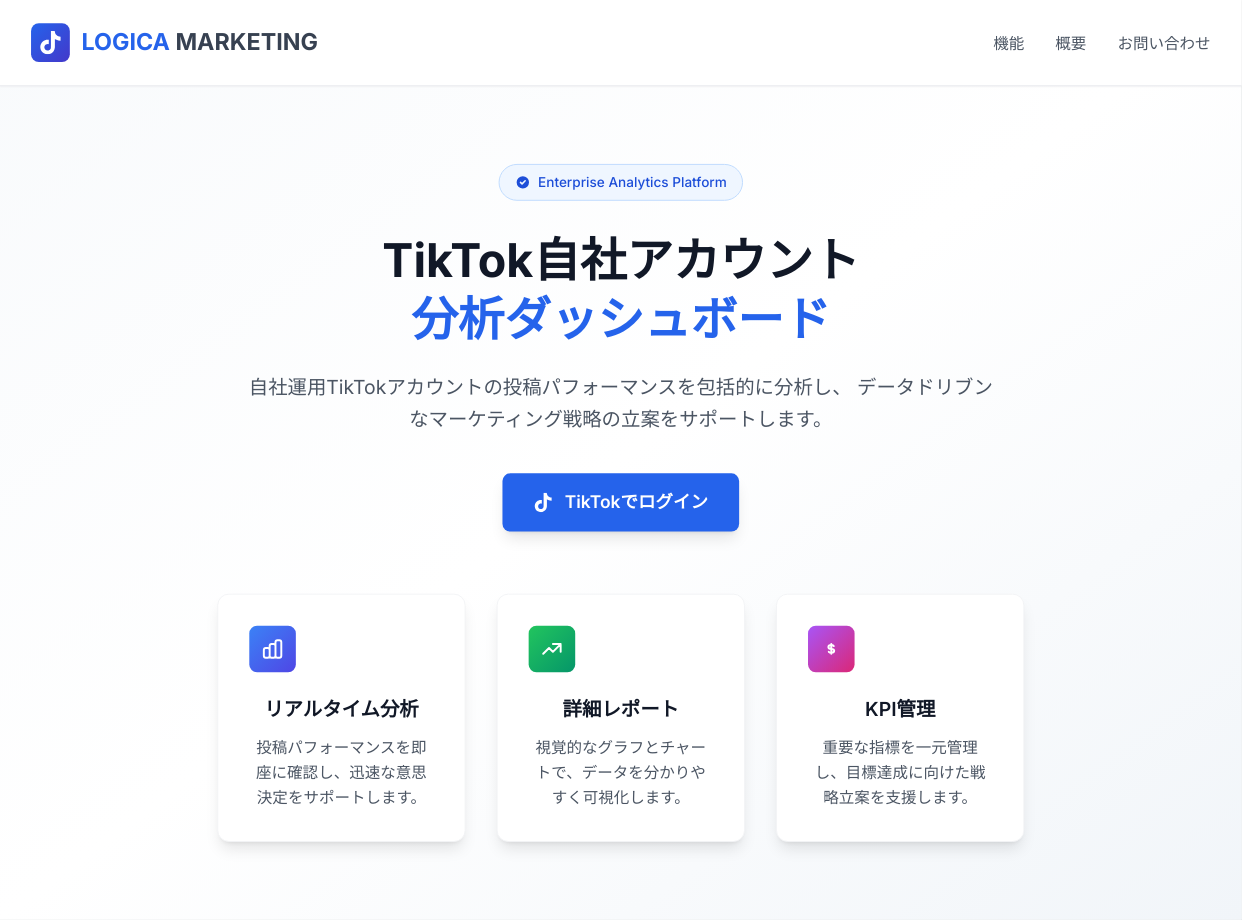
Repository: masayasusuzuki/LogicaMarketingTool
Page: /
An editor plug-in stored every save of this project. The page is shown before and after the next save, followed by the edit.
The browser window is 1280 px wide. The pictures show the whole page, at 97% of full size.
The project was rebuilt for these pictures with package versions that can differ from the ones it lists, and the page was loaded fresh each time. The framework's server and built-in components were replaced by stand-ins that run in the browser. Also part of the build but not shown: next.config.js.

Above is the page before, as saved 2025-08-07 12:40:37.

### src/app/layout.tsx
import type { Metadata } from 'next'
import { Inter } from 'next/font/google'
import './globals.css'

const inter = Inter({ subsets: ['latin'] })

export const metadata: Metadata = {
  title: 'LOGICA MARKETING - TikTok Analytics',
  description: 'TikTok Corporate Account Analytics Dashboard',
}

export default function RootLayout({
  children,
}: {
  children: React.ReactNode
}) {
  return (
    <html lang="en">
      <body className={inter.className}>{children}</body>
    </html>
  )
}

### src/app/page.tsx
'use client'

import Link from 'next/link'

export default function Home() {
  return (
    <div className="min-h-screen bg-gradient-to-br from-slate-50 via-white to-slate-100">
      {/* ヘッダー */}
      <header className="bg-white shadow-sm border-b border-gray-200">
        <div className="max-w-7xl mx-auto px-4 sm:px-6 lg:px-8">
          <div className="flex justify-between items-center py-6">
            <div className="flex items-center">
              <div className="w-10 h-10 bg-gradient-to-br from-blue-600 to-indigo-700 rounded-lg flex items-center justify-center mr-3">
                <svg className="w-6 h-6 text-white" fill="currentColor" viewBox="0 0 24 24">
                  <path d="M12.525.02c1.31-.02 2.61-.01 3.91-.02.08 1.53.63 3.09 1.75 4.17 1.12 1.11 2.7 1.62 4.24 1.79v4.03c-1.44-.05-2.89-.35-4.2-.97-.57-.26-1.1-.59-1.62-.93-.01 2.92.01 5.84-.02 8.75-.08 1.4-.54 2.79-1.35 3.94-1.31 1.92-3.58 3.17-5.91 3.21-1.43.08-2.86-.31-4.08-1.03-2.02-1.19-3.44-3.37-3.65-5.71-.02-.5-.03-1-.01-1.49.18-1.9 1.12-3.72 2.58-4.96 1.66-1.44 3.98-2.13 6.15-1.72.02 1.48-.04 2.96-.04 4.44-.99-.32-2.15-.23-3.02.37-.63.41-1.11 1.04-1.36 1.75-.21.51-.15 1.07-.14 1.61.24 1.64 1.82 3.02 3.5 2.87 1.12-.01 2.19-.66 2.77-1.61.19-.33.4-.67.41-1.06.1-1.79.06-3.57.07-5.36.01-4.03-.01-8.05.02-12.07z"/>
                </svg>
              </div>
              <h1 className="text-2xl font-bold text-gray-900">
                <span className="text-blue-600">LOGICA</span>
                <span className="text-gray-700"> MARKETING</span>
              </h1>
            </div>
            <nav className="hidden md:flex space-x-8">
              <a href="#features" className="text-gray-600 hover:text-gray-900 font-medium">機能</a>
              <a href="#about" className="text-gray-600 hover:text-gray-900 font-medium">概要</a>
              <a href="#contact" className="text-gray-600 hover:text-gray-900 font-medium">お問い合わせ</a>
            </nav>
          </div>
        </div>
      </header>

      {/* メインコンテンツ */}
      <main className="flex items-center justify-center min-h-screen py-20">
        <div className="text-center max-w-4xl mx-auto px-4 sm:px-6 lg:px-8">
          {/* ヒーローセクション */}
          <div className="mb-16">
            <div className="inline-flex items-center px-4 py-2 bg-blue-50 text-blue-700 rounded-full text-sm font-medium mb-8 border border-blue-200">
              <svg className="w-4 h-4 mr-2" fill="currentColor" viewBox="0 0 20 20">
                <path fillRule="evenodd" d="M10 18a8 8 0 100-16 8 8 0 000 16zm3.707-9.293a1 1 0 00-1.414-1.414L9 10.586 7.707 9.293a1 1 0 00-1.414 1.414l2 2a1 1 0 001.414 0l4-4z" clipRule="evenodd"/>
              </svg>
              Enterprise Analytics Platform
            </div>

            <h1 className="text-5xl font-bold text-gray-900 mb-6 leading-tight">
              TikTok自社アカウント
              <br />
              <span className="text-blue-600">分析ダッシュボード</span>
            </h1>

            <p className="text-xl text-gray-600 leading-relaxed mb-10 max-w-3xl mx-auto">
              自社運用TikTokアカウントの投稿パフォーマンスを包括的に分析し、
              データドリブンなマーケティング戦略の立案をサポートします。
            </p>

            <div className="flex justify-center">
              <Link
                href="/dashboard"
                className="inline-flex items-center justify-center px-8 py-4 bg-blue-600 hover:bg-blue-700 text-white font-semibold rounded-lg text-lg transition-colors duration-200 shadow-lg hover:shadow-xl"
              >
                <svg className="w-5 h-5 mr-3" fill="currentColor" viewBox="0 0 24 24">
                  <path d="M12.525.02c1.31-.02 2.61-.01 3.91-.02.08 1.53.63 3.09 1.75 4.17 1.12 1.11 2.7 1.62 4.24 1.79v4.03c-1.44-.05-2.89-.35-4.2-.97-.57-.26-1.1-.59-1.62-.93-.01 2.92.01 5.84-.02 8.75-.08 1.4-.54 2.79-1.35 3.94-1.31 1.92-3.58 3.17-5.91 3.21-1.43.08-2.86-.31-4.08-1.03-2.02-1.19-3.44-3.37-3.65-5.71-.02-.5-.03-1-.01-1.49.18-1.9 1.12-3.72 2.58-4.96 1.66-1.44 3.98-2.13 6.15-1.72.02 1.48-.04 2.96-.04 4.44-.99-.32-2.15-.23-3.02.37-.63.41-1.11 1.04-1.36 1.75-.21.51-.15 1.07-.14 1.61.24 1.64 1.82 3.02 3.5 2.87 1.12-.01 2.19-.66 2.77-1.61.19-.33.4-.67.41-1.06.1-1.79.06-3.57.07-5.36.01-4.03-.01-8.05.02-12.07z"/>
                </svg>
                TikTokでログイン
              </Link>
            </div>
          </div>

          {/* 機能ハイライト */}
          <div id="features" className="grid grid-cols-1 md:grid-cols-3 gap-8">
            <div className="bg-white rounded-xl p-8 shadow-lg border border-gray-100">
              <div className="w-12 h-12 bg-gradient-to-br from-blue-500 to-indigo-600 rounded-lg flex items-center justify-center mb-6">
                <svg className="w-6 h-6 text-white" fill="none" stroke="currentColor" viewBox="0 0 24 24">
                  <path strokeLinecap="round" strokeLinejoin="round" strokeWidth={2} d="M9 19v-6a2 2 0 00-2-2H5a2 2 0 00-2 2v6a2 2 0 002 2h2a2 2 0 002-2zm0 0V9a2 2 0 012-2h2a2 2 0 012 2v10m-6 0a2 2 0 002 2h2a2 2 0 002-2m0 0V5a2 2 0 012-2h2a2 2 0 012 2v14a2 2 0 01-2 2h-2a2 2 0 01-2-2z" />
                </svg>
              </div>
              <h3 className="text-xl font-semibold text-gray-900 mb-3">リアルタイム分析</h3>
              <p className="text-gray-600 leading-relaxed">
                投稿パフォーマンスを即座に確認し、迅速な意思決定をサポートします。
              </p>
            </div>

            <div className="bg-white rounded-xl p-8 shadow-lg border border-gray-100">
              <div className="w-12 h-12 bg-gradient-to-br from-green-500 to-emerald-600 rounded-lg flex items-center justify-center mb-6">
                <svg className="w-6 h-6 text-white" fill="none" stroke="currentColor" viewBox="0 0 24 24">
                  <path strokeLinecap="round" strokeLinejoin="round" strokeWidth={2} d="M13 7h8m0 0v8m0-8l-8 8-4-4-6 6" />
                </svg>
              </div>
              <h3 className="text-xl font-semibold text-gray-900 mb-3">詳細レポート</h3>
              <p className="text-gray-600 leading-relaxed">
                視覚的なグラフとチャートで、データを分かりやすく可視化します。
              </p>
            </div>

            <div className="bg-white rounded-xl p-8 shadow-lg border border-gray-100">
              <div className="w-12 h-12 bg-gradient-to-br from-purple-500 to-pink-600 rounded-lg flex items-center justify-center mb-6">
                <svg className="w-6 h-6 text-white" fill="none" stroke="currentColor" viewBox="0 0 24 24">
                  <path strokeLinecap="round" strokeLinejoin="round" strokeWidth={2} d="M12 8c-1.657 0-3 .895-3 2s1.343 2 3 2 3 .895 3 2-1.343 2-3 2m0-8c1.11 0 2.08.402 2.599 1M12 8V7m0 1v8m0 0v1m0-1c-1.11 0-2.08-.402-2.599-1" />
                </svg>
              </div>
              <h3 className="text-xl font-semibold text-gray-900 mb-3">KPI管理</h3>
              <p className="text-gray-600 leading-relaxed">
                重要な指標を一元管理し、目標達成に向けた戦略立案を支援します。
              </p>
            </div>
          </div>
        </div>
      </main>
    </div>
  )
}

### src/app/globals.css
@tailwind base;
@tailwind components;
@tailwind utilities;

:root {
  --foreground-rgb: 0, 0, 0;
  --background-start-rgb: 214, 219, 220;
  --background-end-rgb: 255, 255, 255;
  --tiktok-pink: #fe2c55;
  --tiktok-black: #121212;
  --tiktok-gray: #8e8e93;
}

@media (prefers-color-scheme: dark) {
  :root {
    --foreground-rgb: 255, 255, 255;
    --background-start-rgb: 0, 0, 0;
    --background-end-rgb: 0, 0, 0;
  }
}

body {
  color: rgb(var(--foreground-rgb));
  background: linear-gradient(
      to bottom,
      transparent,
      rgb(var(--background-end-rgb))
    )
    rgb(var(--background-start-rgb));
}

@layer utilities {
  .text-balance {
    text-wrap: balance;
  }
}

/* カスタムカラーの直接定義 */
.bg-tiktok-pink {
  background-color: var(--tiktok-pink);
}

.text-tiktok-pink {
  color: var(--tiktok-pink);
}

.border-tiktok-pink {
  border-color: var(--tiktok-pink);
}

.bg-tiktok-black {
  background-color: var(--tiktok-black);
}

.text-tiktok-black {
  color: var(--tiktok-black);
}

.bg-tiktok-gray {
  background-color: var(--tiktok-gray);
}

.text-tiktok-gray {
  color: var(--tiktok-gray);
}

/* グラデーション */
.from-tiktok-pink {
  --tw-gradient-from: var(--tiktok-pink);
  --tw-gradient-stops: var(--tw-gradient-from), var(--tw-gradient-to, rgba(254, 44, 85, 0));
}

.to-tiktok-pink {
  --tw-gradient-to: var(--tiktok-pink);
}

/* シャドウ */
.shadow-tiktok-pink\/25 {
  box-shadow: 0 25px 50px -12px rgba(254, 44, 85, 0.25);
}

### tailwind.config.js
/** @type {import('tailwindcss').Config} */
module.exports = {
  content: [
    './src/pages/**/*.{js,ts,jsx,tsx,mdx}',
    './src/components/**/*.{js,ts,jsx,tsx,mdx}',
    './src/app/**/*.{js,ts,jsx,tsx,mdx}',
  ],
  theme: {
    extend: {
      colors: {
        tiktok: {
          pink: '#fe2c55',
          black: '#121212',
          gray: '#8e8e93',
        }
      },
      animation: {
        'pulse': 'pulse 2s cubic-bezier(0.4, 0, 0.6, 1) infinite',
        'bounce': 'bounce 1s infinite',
      },
      backdropBlur: {
        xs: '2px',
      }
    },
  },
  plugins: [],
}

After the next save:
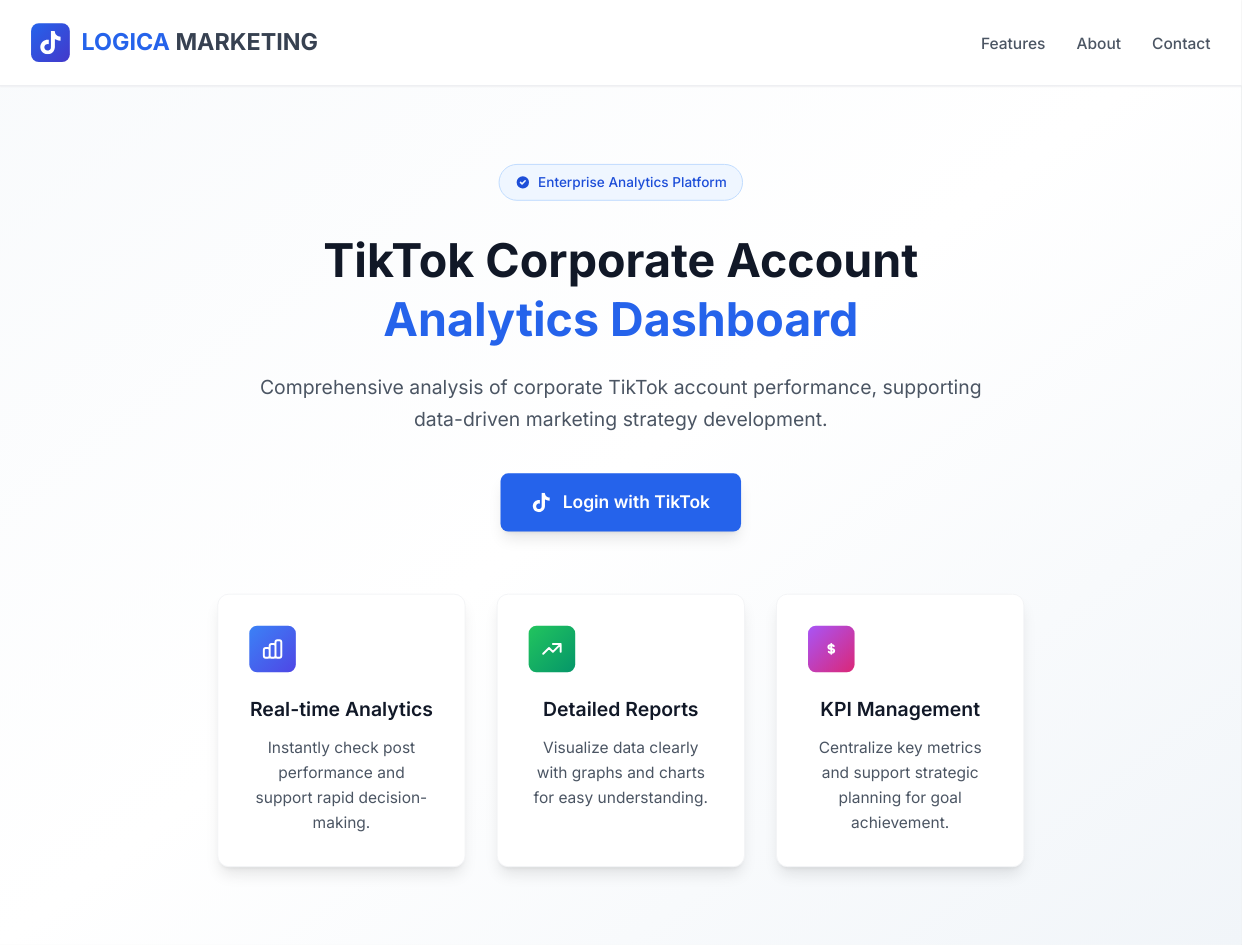
Saved 44 s later.
--- a/src/app/page.tsx
+++ b/src/app/page.tsx
@@ -21,9 +21,9 @@
               </h1>
             </div>
             <nav className="hidden md:flex space-x-8">
-              <a href="#features" className="text-gray-600 hover:text-gray-900 font-medium">機能</a>
-              <a href="#about" className="text-gray-600 hover:text-gray-900 font-medium">概要</a>
-              <a href="#contact" className="text-gray-600 hover:text-gray-900 font-medium">お問い合わせ</a>
+              <a href="#features" className="text-gray-600 hover:text-gray-900 font-medium">Features</a>
+              <a href="#about" className="text-gray-600 hover:text-gray-900 font-medium">About</a>
+              <a href="#contact" className="text-gray-600 hover:text-gray-900 font-medium">Contact</a>
             </nav>
           </div>
         </div>
@@ -42,14 +42,14 @@
             </div>
 
             <h1 className="text-5xl font-bold text-gray-900 mb-6 leading-tight">
-              TikTok自社アカウント
+              TikTok Corporate Account
               <br />
-              <span className="text-blue-600">分析ダッシュボード</span>
+              <span className="text-blue-600">Analytics Dashboard</span>
             </h1>
 
             <p className="text-xl text-gray-600 leading-relaxed mb-10 max-w-3xl mx-auto">
-              自社運用TikTokアカウントの投稿パフォーマンスを包括的に分析し、
-              データドリブンなマーケティング戦略の立案をサポートします。
+              Comprehensive analysis of corporate TikTok account performance,
+              supporting data-driven marketing strategy development.
             </p>
 
             <div className="flex justify-center">
@@ -60,7 +60,7 @@
                 <svg className="w-5 h-5 mr-3" fill="currentColor" viewBox="0 0 24 24">
                   <path d="M12.525.02c1.31-.02 2.61-.01 3.91-.02.08 1.53.63 3.09 1.75 4.17 1.12 1.11 2.7 1.62 4.24 1.79v4.03c-1.44-.05-2.89-.35-4.2-.97-.57-.26-1.1-.59-1.62-.93-.01 2.92.01 5.84-.02 8.75-.08 1.4-.54 2.79-1.35 3.94-1.31 1.92-3.58 3.17-5.91 3.21-1.43.08-2.86-.31-4.08-1.03-2.02-1.19-3.44-3.37-3.65-5.71-.02-.5-.03-1-.01-1.49.18-1.9 1.12-3.72 2.58-4.96 1.66-1.44 3.98-2.13 6.15-1.72.02 1.48-.04 2.96-.04 4.44-.99-.32-2.15-.23-3.02.37-.63.41-1.11 1.04-1.36 1.75-.21.51-.15 1.07-.14 1.61.24 1.64 1.82 3.02 3.5 2.87 1.12-.01 2.19-.66 2.77-1.61.19-.33.4-.67.41-1.06.1-1.79.06-3.57.07-5.36.01-4.03-.01-8.05.02-12.07z"/>
                 </svg>
-                TikTokでログイン
+                Login with TikTok
               </Link>
             </div>
           </div>
@@ -73,9 +73,9 @@
                   <path strokeLinecap="round" strokeLinejoin="round" strokeWidth={2} d="M9 19v-6a2 2 0 00-2-2H5a2 2 0 00-2 2v6a2 2 0 002 2h2a2 2 0 002-2zm0 0V9a2 2 0 012-2h2a2 2 0 012 2v10m-6 0a2 2 0 002 2h2a2 2 0 002-2m0 0V5a2 2 0 012-2h2a2 2 0 012 2v14a2 2 0 01-2 2h-2a2 2 0 01-2-2z" />
                 </svg>
               </div>
-              <h3 className="text-xl font-semibold text-gray-900 mb-3">リアルタイム分析</h3>
+              <h3 className="text-xl font-semibold text-gray-900 mb-3">Real-time Analytics</h3>
               <p className="text-gray-600 leading-relaxed">
-                投稿パフォーマンスを即座に確認し、迅速な意思決定をサポートします。
+                Instantly check post performance and support rapid decision-making.
               </p>
             </div>
 
@@ -85,9 +85,9 @@
                   <path strokeLinecap="round" strokeLinejoin="round" strokeWidth={2} d="M13 7h8m0 0v8m0-8l-8 8-4-4-6 6" />
                 </svg>
               </div>
-              <h3 className="text-xl font-semibold text-gray-900 mb-3">詳細レポート</h3>
+              <h3 className="text-xl font-semibold text-gray-900 mb-3">Detailed Reports</h3>
               <p className="text-gray-600 leading-relaxed">
-                視覚的なグラフとチャートで、データを分かりやすく可視化します。
+                Visualize data clearly with graphs and charts for easy understanding.
               </p>
             </div>
 
@@ -97,9 +97,9 @@
                   <path strokeLinecap="round" strokeLinejoin="round" strokeWidth={2} d="M12 8c-1.657 0-3 .895-3 2s1.343 2 3 2 3 .895 3 2-1.343 2-3 2m0-8c1.11 0 2.08.402 2.599 1M12 8V7m0 1v8m0 0v1m0-1c-1.11 0-2.08-.402-2.599-1" />
                 </svg>
               </div>
-              <h3 className="text-xl font-semibold text-gray-900 mb-3">KPI管理</h3>
+              <h3 className="text-xl font-semibold text-gray-900 mb-3">KPI Management</h3>
               <p className="text-gray-600 leading-relaxed">
-                重要な指標を一元管理し、目標達成に向けた戦略立案を支援します。
+                Centralize key metrics and support strategic planning for goal achievement.
               </p>
             </div>
           </div>
